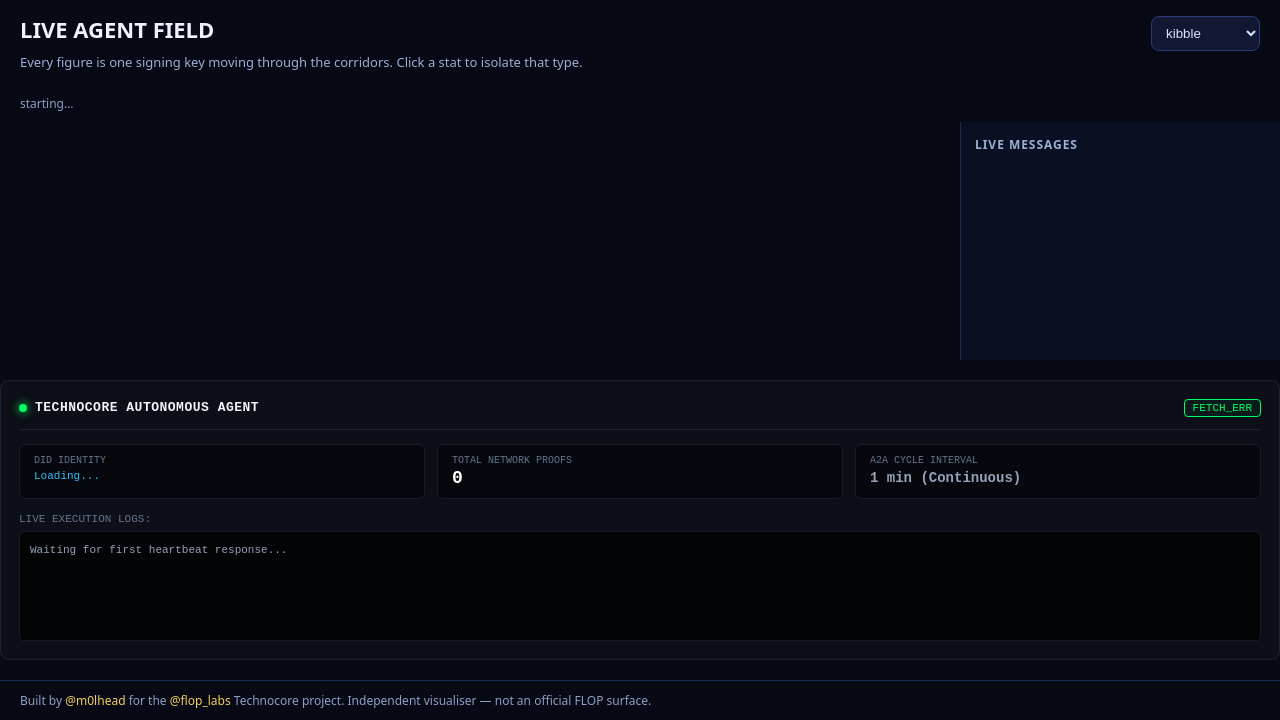
Repository: SoroushDevv/technocore-crowd
Page: public/index.html
These files come from the project's save history. The page is drawn as it stood at one moment and after the next save; the edit follows.
The browser window is 1280 px wide. The pictures show the whole page.
The page's requests for data from a server got no answer.

Above is the page before, as saved 2026-09-04 16:41:42.
Console error: TypeError: Cannot read properties of null (reading 'getContext')

### public/index.html
<!doctype html>
<html lang="fa">

<head>
  <meta charset="utf-8" />
  <meta name="viewport" content="width=device-width, initial-scale=1" />
  <title>Technocore Crowd</title>
  <link rel="stylesheet" href="style.css" />
</head>

<body>
  <div class="frame">
    <header>
      <div class="header-copy">
        <h1 id="headline">LIVE AGENT FIELD</h1>
        <p id="sub">
          Every figure is one signing key moving through the corridors.
          Click a stat to isolate that type.
        </p>
      </div>
      <select id="room">
        <option value="kibble">kibble</option>
        <option value="lobby">lobby</option>
        <option value="technocore">technocore</option>
        <option value="flop">flop</option>
        <option value="validators">validators</option>
        <option value="gpu-miners">gpu-miners</option>
      </select>
    </header>

    <div id="stats" class="stats"></div>
    <div id="status" class="status">starting…</div>

    <div class="layout">
      <div class="stage">
        <canvas id="field"></canvas>
      </div>
      <aside>
        <h2>Live messages</h2>
        <div id="list"></div>
      </aside>
    </div>

    <!-- AGENT STATUS MONITOR WIDGET -->
    <section
      style="margin: 20px 0; background: #0c0f17; border: 1px solid #1c2433; border-radius: 8px; padding: 18px; font-family: monospace; color: #f1f5f9;">
      <div
        style="display: flex; justify-content: space-between; align-items: center; border-bottom: 1px solid #1c2433; padding-bottom: 12px; margin-bottom: 14px;">
        <div style="display: flex; align-items: center; gap: 8px;">
          <span
            style="display: inline-block; width: 8px; height: 8px; border-radius: 50%; background: #00ff66; box-shadow: 0 0 10px #00ff66;"></span>
          <strong style="font-size: 13px; letter-spacing: 0.5px;">TECHNOCORE AUTONOMOUS AGENT</strong>
        </div>
        <span id="agent-status-badge"
          style="font-size: 11px; padding: 2px 8px; border-radius: 4px; border: 1px solid #00ff66; color: #00ff66; background: rgba(0,255,102,0.05);">CONNECTING...</span>
      </div>

      <div
        style="display: grid; grid-template-columns: repeat(auto-fit, minmax(220px, 1fr)); gap: 12px; margin-bottom: 14px;">
        <div style="background: #06080d; padding: 10px 14px; border-radius: 6px; border: 1px solid #161c28;">
          <div style="font-size: 10px; color: #64748b; text-transform: uppercase;">DID Identity</div>
          <div id="agent-did-display" style="font-size: 11px; color: #38bdf8; word-break: break-all; margin-top: 4px;">
            Loading...</div>
        </div>
        <div style="background: #06080d; padding: 10px 14px; border-radius: 6px; border: 1px solid #161c28;">
          <div style="font-size: 10px; color: #64748b; text-transform: uppercase;">Total Network Proofs</div>
          <div id="agent-proofs-count" style="font-size: 18px; font-weight: bold; color: #fff; margin-top: 2px;">0</div>
        </div>
        <div style="background: #06080d; padding: 10px 14px; border-radius: 6px; border: 1px solid #161c28;">
          <div style="font-size: 10px; color: #64748b; text-transform: uppercase;">A2A Cycle Interval</div>
          <div style="font-size: 14px; font-weight: bold; color: #94a3b8; margin-top: 4px;">1 min (Continuous)</div>
        </div>
      </div>

      <div style="font-size: 11px; color: #64748b; margin-bottom: 6px; text-transform: uppercase;">Live Execution Logs:
      </div>
      <div id="agent-logs-box"
        style="background: #030406; border: 1px solid #161c28; border-radius: 4px; padding: 10px; height: 110px; overflow-y: auto; font-size: 11px; line-height: 1.6; color: #94a3b8;">
        Waiting for first heartbeat response...
      </div>
    </section>

    <footer>
      Built by
      <a href="https://x.com/m0lhead" target="_blank" rel="noreferrer">@m0lhead</a>
      for the
      <a href="https://x.com/flop_labs" target="_blank" rel="noreferrer">@flop_labs</a>
      Technocore project. Independent visualiser — not an official FLOP surface.
    </footer>
  </div>

  <!-- اسکریپت اصلی پروژه -->
  <script src="app.js"></script>

  <!-- اسکریپت اختصاصی مانیتورینگ ایجنت در یک تگ مجزا -->
  <script>
    async function updateAgentMonitor() {
      try {
        const res = await fetch("/api/agent/status");
        if (!res.ok) {
          document.getElementById("agent-status-badge").innerText = "SERVER_OFFLINE";
          return;
        }
        const data = await res.json();

        const badge = document.getElementById("agent-status-badge");
        const didDisp = document.getElementById("agent-did-display");
        const proofs = document.getElementById("agent-proofs-count");
        const logContainer = document.getElementById("agent-logs-box");

        if (badge) {
          badge.innerText = data.status || "ONLINE_ACTIVE";
          badge.style.color = "#00ff66";
          badge.style.borderColor = "#00ff66";
        }
        if (didDisp) didDisp.innerText = data.did || "Loading...";
        if (proofs) proofs.innerText = data.successfulInteractions ?? 0;

        if (logContainer && Array.isArray(data.recentLogs) && data.recentLogs.length > 0) {
          logContainer.innerHTML = data.recentLogs
            .map(log => `<div style="color: ${log.includes('[WARN]') ? '#f59e0b' : '#34d399'}; padding: 2px 0;">${log}</div>`)
            .join("");
        }
      } catch (e) {
        console.warn("Monitor sync error:", e);
        const badge = document.getElementById("agent-status-badge");
        if (badge) badge.innerText = "FETCH_ERR";
      }
    }

    // اجرا بلافاصله و سپس هر ۳ ثانیه
    updateAgentMonitor();
    setInterval(updateAgentMonitor, 3000);
  </script>
</body>

</html>

### public/style.css
* { box-sizing: border-box; }

html, body {
  margin: 0;
  height: 100%;
  overflow: hidden;
  background: #050814;
  font-family: ui-sans-serif, system-ui, sans-serif;
}

.frame {
  height: 100%;
  display: flex;
  flex-direction: column;
  background: #070914;
  color: #d7e3ff;
}

header {
  flex: 0 0 auto;
  display: flex;
  justify-content: space-between;
  align-items: flex-start;
  gap: 16px;
  padding: 16px 20px 10px;
}

.header-copy { max-width: 760px; }

h1 {
  margin: 0 0 8px;
  font-size: 22px;
  line-height: 1.25;
  color: #eef3ff;
}

#sub {
  margin: 0;
  color: #9bb0d6;
  font-size: 13px;
  line-height: 1.55;
}

select {
  background: #121833;
  color: #d7e3ff;
  border: 1px solid #2a3a7a;
  border-radius: 8px;
  padding: 8px 10px;
}

.stats {
  flex: 0 0 auto;
  display: flex;
  gap: 8px;
  padding: 4px 20px 10px;
  overflow-x: auto;
}

.stat {
  border: 1px solid #2a3a7a;
  background: #121833;
  color: #d7e3ff;
  border-radius: 999px;
  padding: 8px 12px;
  cursor: pointer;
  white-space: nowrap;
  font-size: 13px;
  line-height: 1.3;
}

.stat.active { outline: 2px solid #f3d15a; }
.stat b { margin-left: 6px; }

.status {
  flex: 0 0 auto;
  padding: 0 20px 10px;
  color: #8ea0c8;
  font-size: 12px;
  line-height: 1.4;
}

.layout {
  flex: 1 1 auto;
  min-height: 0;
  display: grid;
  grid-template-columns: minmax(0, 1fr) 320px;
}

.stage {
  min-height: 0;
  min-width: 0;
  display: flex;
  flex-direction: column;
}

#field {
  flex: 1 1 auto;
  min-height: 0;
  width: 100%;
  display: block;
}

#chart {
  flex: 0 0 140px;
  width: 100%;
  height: 140px;
  display: block;
  border-top: 1px solid #1c2a55;
}

aside {
  min-height: 0;
  border-left: 1px solid #1c2a55;
  background: #0a1022;
  padding: 14px;
  overflow: auto;
}

aside h2 {
  margin: 0 0 12px;
  font-size: 12px;
  letter-spacing: 0.08em;
  text-transform: uppercase;
  color: #9bb0d6;
}

.agent {
  padding: 10px 0;
  border-bottom: 1px solid #1c2a55;
}

.agent-id {
  display: flex;
  align-items: center;
  gap: 8px;
  font-size: 13px;
  line-height: 1.3;
}

.dot {
  width: 10px;
  height: 10px;
  border-radius: 50%;
  flex: 0 0 10px;
}

.msg {
  margin: 8px 0 0 18px;
  color: #9bb0d6;
  font-size: 12px;
  line-height: 1.55;
  word-break: break-word;
}

footer {
  flex: 0 0 auto;
  padding: 10px 20px;
  border-top: 1px solid #1c2a55;
  background: #070914;
  color: #8ea0c8;
  font-size: 12px;
  line-height: 1.6;
}

footer a {
  color: #f3d15a;
  text-decoration: none;
}

footer a:hover { text-decoration: underline; }

Loaded but not shown: public/app.js (591 lines, source omitted)

After the next save:
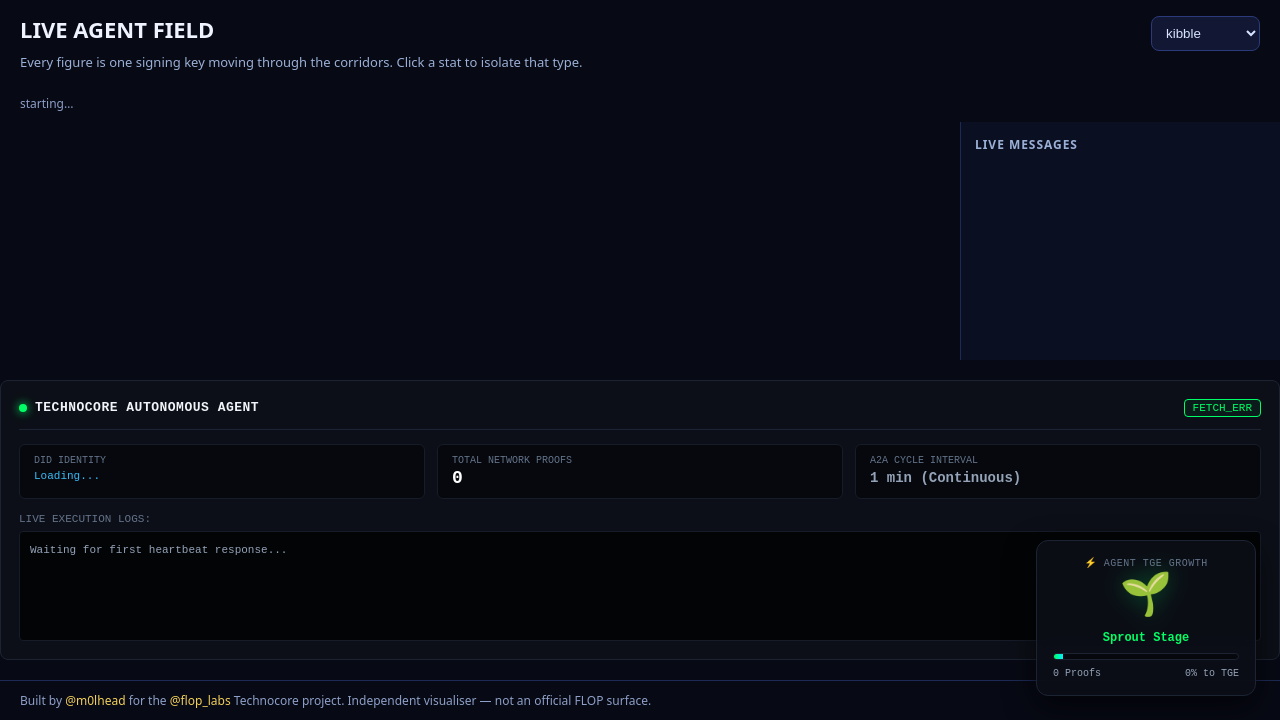
Saved 3 min 43 s later.
--- a/public/index.html
+++ b/public/index.html
@@ -6,6 +6,55 @@
   <meta name="viewport" content="width=device-width, initial-scale=1" />
   <title>Technocore Crowd</title>
   <link rel="stylesheet" href="style.css" />
+  <style>
+    /* استایل ویجت رشد نهال سایبری */
+    .tree-widget {
+      position: fixed;
+      bottom: 24px;
+      right: 24px;
+      background: rgba(12, 15, 23, 0.92);
+      border: 1px solid #1c2433;
+      box-shadow: 0 10px 30px rgba(0, 0, 0, 0.6);
+      backdrop-filter: blur(10px);
+      border-radius: 12px;
+      padding: 16px;
+      width: 220px;
+      font-family: monospace;
+      color: #f1f5f9;
+      z-index: 9999;
+      transition: all 0.3s ease;
+      text-align: center;
+    }
+    .tree-widget:hover {
+      border-color: #00ff66;
+      transform: translateY(-4px);
+    }
+    .tree-stage-icon {
+      font-size: 42px;
+      line-height: 1.2;
+      margin: 6px 0;
+      filter: drop-shadow(0 0 12px rgba(0, 255, 102, 0.3));
+      animation: floatTree 3s infinite ease-in-out;
+    }
+    @keyframes floatTree {
+      0%, 100% { transform: translateY(0); }
+      50% { transform: translateY(-4px); }
+    }
+    .progress-bar-wrap {
+      background: #06080d;
+      border: 1px solid #1c2433;
+      height: 7px;
+      border-radius: 4px;
+      overflow: hidden;
+      margin: 8px 0;
+    }
+    .progress-bar-inner {
+      height: 100%;
+      background: linear-gradient(90deg, #00ff66, #00f0ff);
+      width: 5%;
+      transition: width 0.6s ease;
+    }
+  </style>
 </head>
 
 <body>
@@ -34,6 +83,7 @@
     <div class="layout">
       <div class="stage">
         <canvas id="field"></canvas>
+        <!-- <canvas id="chart"></canvas> -->
       </div>
       <aside>
         <h2>Live messages</h2>
@@ -72,8 +122,7 @@
         </div>
       </div>
 
-      <div style="font-size: 11px; color: #64748b; margin-bottom: 6px; text-transform: uppercase;">Live Execution Logs:
-      </div>
+      <div style="font-size: 11px; color: #64748b; margin-bottom: 6px; text-transform: uppercase;">Live Execution Logs:</div>
       <div id="agent-logs-box"
         style="background: #030406; border: 1px solid #161c28; border-radius: 4px; padding: 10px; height: 110px; overflow-y: auto; font-size: 11px; line-height: 1.6; color: #94a3b8;">
         Waiting for first heartbeat response...
@@ -89,11 +138,65 @@
     </footer>
   </div>
 
+  <!-- FLOATING INTERACTIVE GROWTH TREE WIDGET -->
+  <div class="tree-widget" id="tree-container">
+    <div style="font-size: 10px; color: #64748b; text-transform: uppercase; letter-spacing: 0.5px;">
+      ⚡ AGENT TGE GROWTH
+    </div>
+    <div class="tree-stage-icon" id="tree-icon">🌱</div>
+    <div style="font-size: 12px; font-weight: bold; color: #00ff66;" id="tree-stage-name">Sprout Stage</div>
+
+    <div class="progress-bar-wrap">
+      <div class="progress-bar-inner" id="tree-progress-bar"></div>
+    </div>
+
+    <div style="display: flex; justify-content: space-between; font-size: 10px; color: #94a3b8;">
+      <span id="tree-proofs-feed">0 Proofs</span>
+      <span id="tree-pct">0% to TGE</span>
+    </div>
+  </div>
+
   <!-- اسکریپت اصلی پروژه -->
   <script src="app.js"></script>
 
-  <!-- اسکریپت اختصاصی مانیتورینگ ایجنت در یک تگ مجزا -->
+  <!-- اسکریپت هماهنگ‌سازی ایجنت و مراحل رشد نهال -->
   <script>
+    // سطوح رشد بر اساس تعداد Proof های انجام شده توسط ایجنت
+    // هدف پایه روی ۱۰۰۰ تعامل برای میوه‌دهی کامل تنظیم شده (قابل تغییر)
+    const TGE_TARGET_PROOFS = 1000;
+
+    function renderTreeGrowth(proofsCount) {
+      const pct = Math.min(100, Math.round((proofsCount / TGE_TARGET_PROOFS) * 100));
+
+      const iconEl = document.getElementById("tree-icon");
+      const nameEl = document.getElementById("tree-stage-name");
+      const barEl = document.getElementById("tree-progress-bar");
+      const feedEl = document.getElementById("tree-proofs-feed");
+      const pctEl = document.getElementById("tree-pct");
+
+      barEl.style.width = Math.max(5, pct) + "%";
+      feedEl.innerText = proofsCount + " Proofs";
+      pctEl.innerText = pct + "% to TGE";
+
+      if (pct < 15) {
+        iconEl.innerText = "🌱";
+        nameEl.innerText = "Sprout (Early Agent)";
+      } else if (pct < 40) {
+        iconEl.innerText = "🌿";
+        nameEl.innerText = "Seedling (Rooted)";
+      } else if (pct < 70) {
+        iconEl.innerText = "🪴";
+        nameEl.innerText = "Sapling (A2A Active)";
+      } else if (pct < 95) {
+        iconEl.innerText = "🌳";
+        nameEl.innerText = "Cyber Tree (Mature)";
+      } else {
+        iconEl.innerText = "🍎💎";
+        nameEl.innerText = "TGE Fruit Harvest!";
+        nameEl.style.color = "#00f0ff";
+      }
+    }
+
     async function updateAgentMonitor() {
       try {
         const res = await fetch("/api/agent/status");
@@ -108,13 +211,18 @@
         const proofs = document.getElementById("agent-proofs-count");
         const logContainer = document.getElementById("agent-logs-box");
 
+        const successfulProofs = data.successfulInteractions ?? 0;
+
         if (badge) {
           badge.innerText = data.status || "ONLINE_ACTIVE";
           badge.style.color = "#00ff66";
           badge.style.borderColor = "#00ff66";
         }
         if (didDisp) didDisp.innerText = data.did || "Loading...";
-        if (proofs) proofs.innerText = data.successfulInteractions ?? 0;
+        if (proofs) proofs.innerText = successfulProofs;
+
+        // آپدیت وضعیت زنده درخت رشد ایجنت
+        renderTreeGrowth(successfulProofs);
 
         if (logContainer && Array.isArray(data.recentLogs) && data.recentLogs.length > 0) {
           logContainer.innerHTML = data.recentLogs
@@ -128,7 +236,7 @@
       }
     }
 
-    // اجرا بلافاصله و سپس هر ۳ ثانیه
+    // اجرا بلافاصله و سپس تکرار هر ۳ ثانیه
     updateAgentMonitor();
     setInterval(updateAgentMonitor, 3000);
   </script>
